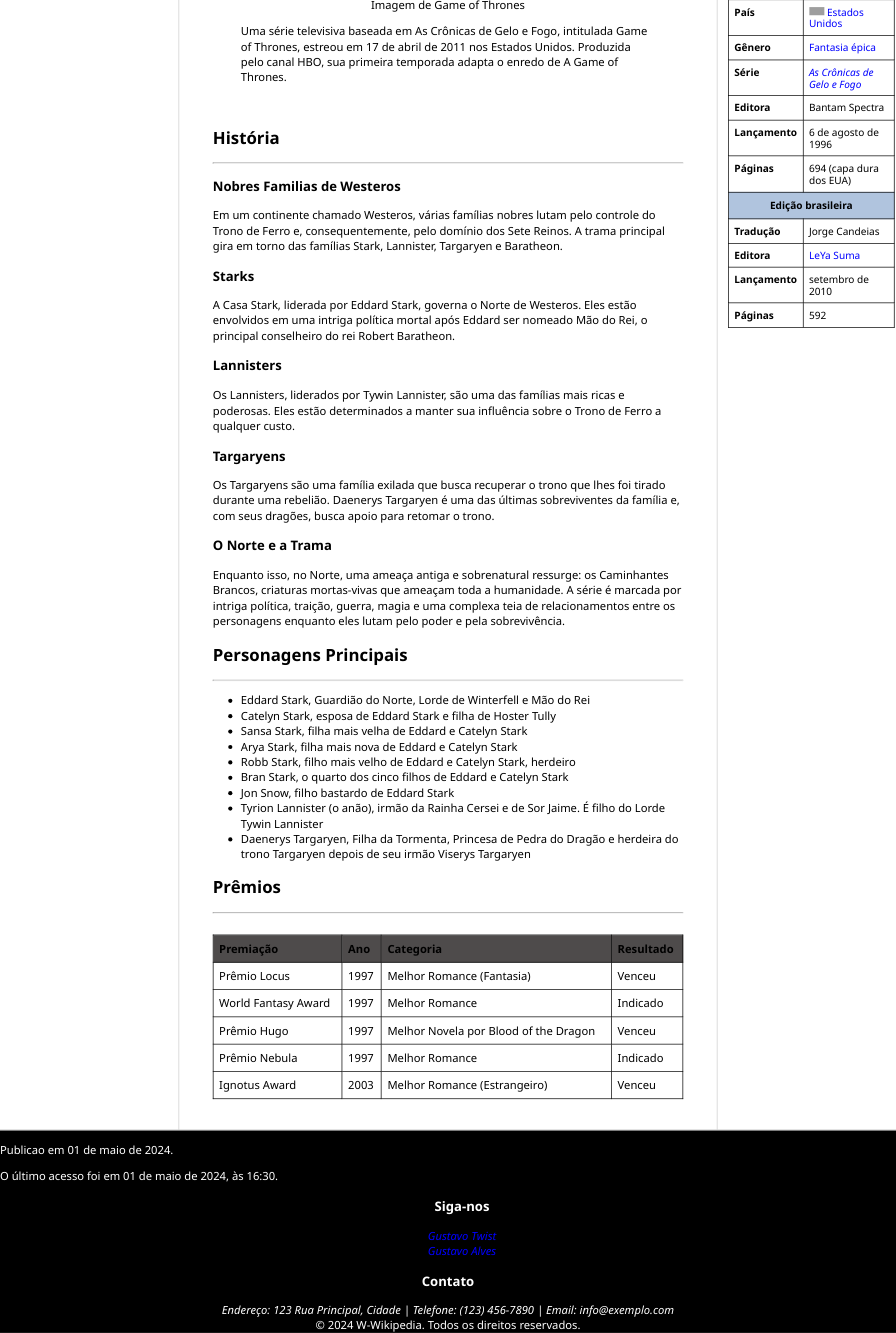
Repository: gustavotwist/projeto-w-wikipedia
Page: index.html
An editor plug-in stored every save of this project. The page is shown before and after a run of saves, followed by the edit.
The browser window is 1280 px wide. The pictures show the part of the page from y = 763 to 2683 px (the page is 2667 px tall before and 2683 px after), at 70% of full size.
Pictures or frames that could not be fetched are drawn as grey boxes.

Above is the page before, as saved 2024-05-01 16:53:33.

### index.html
<!DOCTYPE html>
<html lang="pt-br">
<head>
    <meta charset="UTF-8">
    <meta http-equiv="X-UA-Compatible" content="IE=edge">
    <meta name="viewport" content="width=device-width, initial-scale=1.0">
    <title>W-Wikipedia</title>
    <link rel="stylesheet" href="css/style.css">
    <style>
        table {
            border-collapse: collapse;
            width: 100%;
        }
        th, td {
            border: 1px solid black;
            padding: 8px;
            text-align: left;
        }
        tr:hover {
            background-color: aqua;
        }
        th {
            background-color: rgb(78, 75, 75);
            color: black;
        }
    </style>
</head>
<body>

    <header>
        <h1 class="nome">W-Wikipedia</h1>
        <img src="imagens/logo.png" class="logo" alt="Logo da W-Wikipedia"/>
    </header>

    <aside class="bar"></aside>


    <section class="content">
        <nav class="sidebar">
            <h2>Conteúdo</h2>
            <ul>
                <li><a href="#">Início</a></li>
                    <details>
                        <summary><a href="#">História</a></summary>
                            <li><a href="#">Nobres Familias de Westeros</a></li>
                            <li><a href="#">Starks</a></li>
                            <li><a href="#">Lannisters</a></li>
                            <li><a href="#">Targaryens</a></li>
                            <li><a href="#">O Norte e a Trama</a></li>
                    </details>
                <li><a href="#">Personagens Principais</a></li>
                <li><a href="#">Prêmios</a></li>
            </ul>
        </nav>

        <main>
            <h1>Sobre o Livro de Game of Thrones</h1>
            <p>A Game of Thrones é o primeiro livro da série de fantasia épica As Crônicas de Gelo e Fogo, escrita pelo norte-americano George R. R. Martin e publicada pela editora Bantam Spectra.</p>
            <p>O livro dá nome a vários itens derivados baseados na saga, incluindo jogos de cartas colecionáveis, jogos de tabuleiro e um Role-playing game (RPG). Uma série televisiva baseada em As Crônicas de Gelo e Fogo, intitulada Game of Thrones, estreou em 17 de abril de 2011 nos Estados Unidos.</p>

            <figure>
                <img src="imagens/game-of-thrones.png" title="Game of Thrones" width="500" alt="Imagem de uma mulher e um dragão">
                <figcaption>Imagem de Game of Thrones</figcaption>
            </figure>

            <blockquote>
                Uma série televisiva baseada em As Crônicas de Gelo e Fogo, intitulada Game of Thrones, estreou em 17 de abril de 2011 nos Estados Unidos. Produzida pelo canal HBO, sua primeira temporada adapta o enredo de A Game of Thrones.
            </blockquote><br>

            <h2>História</h2><hr>
            <h3>Nobres Familias de Westeros</h3>
            <p>
                Em um continente chamado Westeros, várias famílias nobres lutam pelo controle do Trono de Ferro e, consequentemente, pelo domínio dos Sete Reinos. A trama principal gira em torno das famílias Stark, Lannister, Targaryen e Baratheon.

                <h3>Starks</h3>
                A Casa Stark, liderada por Eddard Stark, governa o Norte de Westeros. Eles estão envolvidos em uma intriga política mortal após Eddard ser nomeado Mão do Rei, o principal conselheiro do rei Robert Baratheon.

                <h3>Lannisters</h3>
                Os Lannisters, liderados por Tywin Lannister, são uma das famílias mais ricas e poderosas. Eles estão determinados a manter sua influência sobre o Trono de Ferro a qualquer custo.

                <h3>Targaryens</h3>
                Os Targaryens são uma família exilada que busca recuperar o trono que lhes foi tirado durante uma rebelião. Daenerys Targaryen é uma das últimas sobreviventes da família e, com seus dragões, busca apoio para retomar o trono.

                <h3>O Norte e a Trama</h3>
                Enquanto isso, no Norte, uma ameaça antiga e sobrenatural ressurge: os Caminhantes Brancos, criaturas mortas-vivas que ameaçam toda a humanidade.

                A série é marcada por intriga política, traição, guerra, magia e uma complexa teia de relacionamentos entre os personagens enquanto eles lutam pelo poder e pela sobrevivência.</p>

            <h2>Personagens Principais</h2><hr>
            <ul>
                <li>Eddard Stark, Guardião do Norte, Lorde de Winterfell e Mão do Rei</li>
                <li>Catelyn Stark, esposa de Eddard Stark e filha de Hoster Tully</li>
                <li>Sansa Stark, filha mais velha de Eddard e Catelyn Stark</li>
                <li>Arya Stark, filha mais nova de Eddard e Catelyn Stark</li>
                <li>Robb Stark, filho mais velho de Eddard e Catelyn Stark, herdeiro</li>
                <li>Bran Stark, o quarto dos cinco filhos de Eddard e Catelyn Stark</li>
                <li>Jon Snow, filho bastardo de Eddard Stark</li>
                <li>Tyrion Lannister (o anão), irmão da Rainha Cersei e de Sor Jaime. É filho do Lorde Tywin Lannister</li>
                <li>Daenerys Targaryen, Filha da Tormenta, Princesa de Pedra do Dragão e herdeira do trono Targaryen depois de seu irmão Viserys Targaryen</li>
            </ul>

            <h2>Prêmios</h2><hr><br>

            <table>
                <thead>
                    <tr>
                        <th>Premiação</th>
                        <th>Ano</th>
                        <th>Categoria</th>
                        <th>Resultado</th>
                    </tr>
                </thead>

                <tbody>
                    <tr>
                        <td>Prêmio Locus</td>
                        <td>1997</td>
                        <td>Melhor Romance (Fantasia)</td>
                        <td>Venceu</td>
                    </tr>
                    <tr>
                        <td>World Fantasy Award	</td>
                        <td>1997</td>
                        <td>Melhor Romance</td>
                        <td>Indicado</td>
                    </tr>
                    <tr>
                        <td>Prêmio Hugo</td>
                        <td>1997</td>
                        <td>Melhor Novela por Blood of the Dragon</td>
                        <td>Venceu</td>
                    </tr>
                    <tr>
                        <td>Prêmio Nebula</td>
                        <td>1997</td>
                        <td>Melhor Romance</td>
                        <td>Indicado</td>
                    </tr>
                    <tr>
                        <td>Ignotus Award</td>
                        <td>2003</td>
                        <td>Melhor Romance (Estrangeiro)</td>
                        <td>Venceu</td>
                    </tr>
                </tbody>
            </table><br><br>
        </main>

        <article class="anchors">
            <h2>Sobre o Livro</h2>
            <table cellpadding="3" style="line-height:1.2em; font-size: 90%;">

                <tbody>
                    <tr>
                        <th colspan="2" class="topo livro" style="text-align:center; background-color:#347cdb;"><span><i>Sobre o Livro de Game of Thrones</i></span>
                        </th>
                    </tr>

                    <tr>
                        <th colspan="2" style="text-align:center; text-align:center; line-height:1.5em; background-color:#93b3dd;"><small><i>A Guerra dos Tronos (v. 1)<br>A Muralha de Gelo (v. 2)</i>&nbsp;<br><i>A Guerra dos Tronos</i>&nbsp;(<a href="#" title="Brasil">BR</a>)</small>
                        </th>
                    </tr>

                    <tr>
                        <td colspan="2"><img src="imagens/livro.png" width="220" height="210"><br>Capa da edição norte-americana.
                        </td>
                    </tr>

                    <tr>
                        <td scope="row" style="vertical-align: top; text-align: left; font-weight:bold; text-align: left;">Autor(es)
                        </td>
                        <td style="vertical-align: top; text-align: left; text-align: left;"><a href="#" title="George R. R. Martin">George R. R. Martin</a>
                        </td>
                    </tr>

                    <tr>
                        <td scope="row" style="vertical-align: top; text-align: left; font-weight:bold; text-align: left;">Idioma
                        </td>
                        <td style="vertical-align: top; text-align: left; text-align: left;"><a href="#" title="Língua inglesa">Inglês</a>
                        </td>
                    </tr>

                    <tr>
                        <td scope="row" style="vertical-align: top; text-align: left; font-weight:bold; text-align: left;">País
                        </td>
                        <td style="vertical-align: top; text-align: left; text-align: left;"><img alt="" src="//upload.wikimedia.org/wikipedia/commons/thumb/a/a4/Flag_of_the_United_States.svg/22px-Flag_of_the_United_States.svg.png" width="22" height="12">&nbsp;<a href="#" title="Estados Unidos">Estados Unidos</a>
                        </td>
                    </tr>

                    <tr>
                        <td scope="row" style="vertical-align: top; text-align: left;  font-weight:bold; text-align: left;">Gênero
                        </td>
                        <td style="vertical-align: top; text-align: left; text-align: left;"><a href="#" title="Fantasia (gênero)">Fantasia épica</a>
                        </td>
                    </tr>

                    <tr>
                        <td scope="row" style="vertical-align: top; text-align: left; font-weight:bold; text-align: left;">Série
                        </td>
                        <td style="vertical-align: top; text-align: left; text-align: left;"><i><a href="#" title="As Crônicas de Gelo e Fogo">As Crônicas de Gelo e Fogo</a></i>
                        </td>
                    </tr>

                    <tr>
                        <td scope="row" style="vertical-align: top; text-align: left; font-weight:bold; text-align: left;">Editora
                        </td>
                        <td style="vertical-align: top; text-align: left; text-align: left;">Bantam Spectra
                        </td>
                    </tr>

                    <tr>
                        <td scope="row" style="vertical-align: top; text-align: left; font-weight:bold; text-align: left;">Lançamento
                        </td>
                        <td style="vertical-align: top; text-align: left; text-align: left;">6 de agosto de 1996
                        </td>
                    </tr>

                    <tr>
                        <td scope="row" style="vertical-align: top; text-align: left; font-weight:bold; text-align: left;">Páginas
                        </td>
                        <td style="vertical-align: top; text-align: left; text-align: left;">694 (capa dura dos EUA)
                        </td>
                    </tr>

                    <tr>
                        <th colspan="2" style="text-align:center; text-align:center; line-height:1.5em; background-color:#b0c4de;">Edição brasileira
                        </th>
                    </tr>

                    <tr>
                        <td scope="row" style="vertical-align: top; text-align: left;font-weight:bold; text-align: left;">Tradução
                        </td>
                        <td style="vertical-align: top; text-align: left; text-align: left;">Jorge Candeias
                        </td>
                    </tr>

                    <tr>
                        <td scope="row" style="vertical-align: top; text-align: left; font-weight:bold; text-align: left;">Editora
                        </td>
                        <td style="vertical-align: top; text-align: left; text-align: left;"><a href="#" title="LeYa">LeYa</a> <a href="#" title="Suma">Suma</a>
                        </td>
                    </tr>

                    <tr>
                        <td scope="row" style="vertical-align: top; text-align: left; font-weight:bold; text-align: left;">Lançamento
                        </td>
                        <td style="vertical-align: top; text-align: left; text-align: left;">setembro de 2010
                        </td>
                    </tr>

                    <tr>
                        <td scope="row" style="vertical-align: top; text-align: left; font-weight:bold; text-align: left;">Páginas
                        </td>
                        <td style="vertical-align: top; text-align: left; text-align: left;">592
                        </td>
                    </tr>
                </tbody></table>
        </article>
    </section>

    <footer class="footer">
        <p>Publicao em <time pubdate>01 de maio de 2024</time>.</p>
        <p>O último acesso foi em <time datetime="2024-05-01T16:30:00">01 de maio de 2024, às 16:30</time>.</p>
        <ul>
            <h3>Siga-nos</h3>
            <li><a href="https://github.com/gustavotwist" target="_blank" title="Visitar o perfil de Gustavo Twist no GitHub"><i>Gustavo Twist</i></a></li>
            <li><a href="https://linkedin.com/in/gustavoalves7" target="_blank" title="Visitar o perfil de Gustavo Alves no Linkedin"><i>Gustavo Alves</i></a></li>
        </ul>
        <h3>Contato</h3>
            <p></p><address>Endereço: 123 Rua Principal, Cidade | Telefone: (123) 456-7890 | Email: info@exemplo.com</address>
        <span>&copy; 2024 W-Wikipedia. Todos os direitos reservados.</span>
    </footer>
</body>
</html>

### css/style.css
body, html {
    margin: 0;
    padding: 0;
    font-family: 'Segoe UI', Tahoma, Geneva, Verdana, sans-serif;
}
nav ul { list-style: none; padding-left: 5px; }
article ul { list-style: none; padding-left: 5px; }
a { color:blue; text-decoration: none;}

header {
    background-color: black;
    color: white;
    padding: 10px;
    display: flex;
    align-items: center;
}

.logo {
    width: 150px;
    height: auto;
    order: 1;
}


.nome {
    font-size: 40px;
    order: 2;
}

.bar {
    background-color: #f9f9fb;
    padding:15px;
    border-top: solid 1px #cdcdcd;
    border-bottom: solid 1px #cdcdcd;
}
.content {
    max-width: 1440px;
    margin: auto;
    grid-gap: 3rem;
    display: grid;
    gap: 3rem;
    grid-template-areas: "sidebar main anchors";
    grid-template-columns: minmax(0,15rem) minmax(0,2.5fr) minmax(0,15rem);
    padding-left: 1rem;
    padding-right: 1rem;
}
.footer {
    background-color: black;
    color: white;
    min-height: 100px;
    border-top: solid 1px #cdcdcd;
    text-align: center;
    list-style: none;
}

.footer ul {
    list-style: none;
}

.footer p {
    list-style: none;
    text-align: left;
}
.anchors {
    border-left: solid 1px #cdcdcd;
    padding-left: 15px;
}
.sidebar {
    border-right: solid 1px #cdcdcd;
}
figure {
    text-align: center;
}

After the next 2 saves:
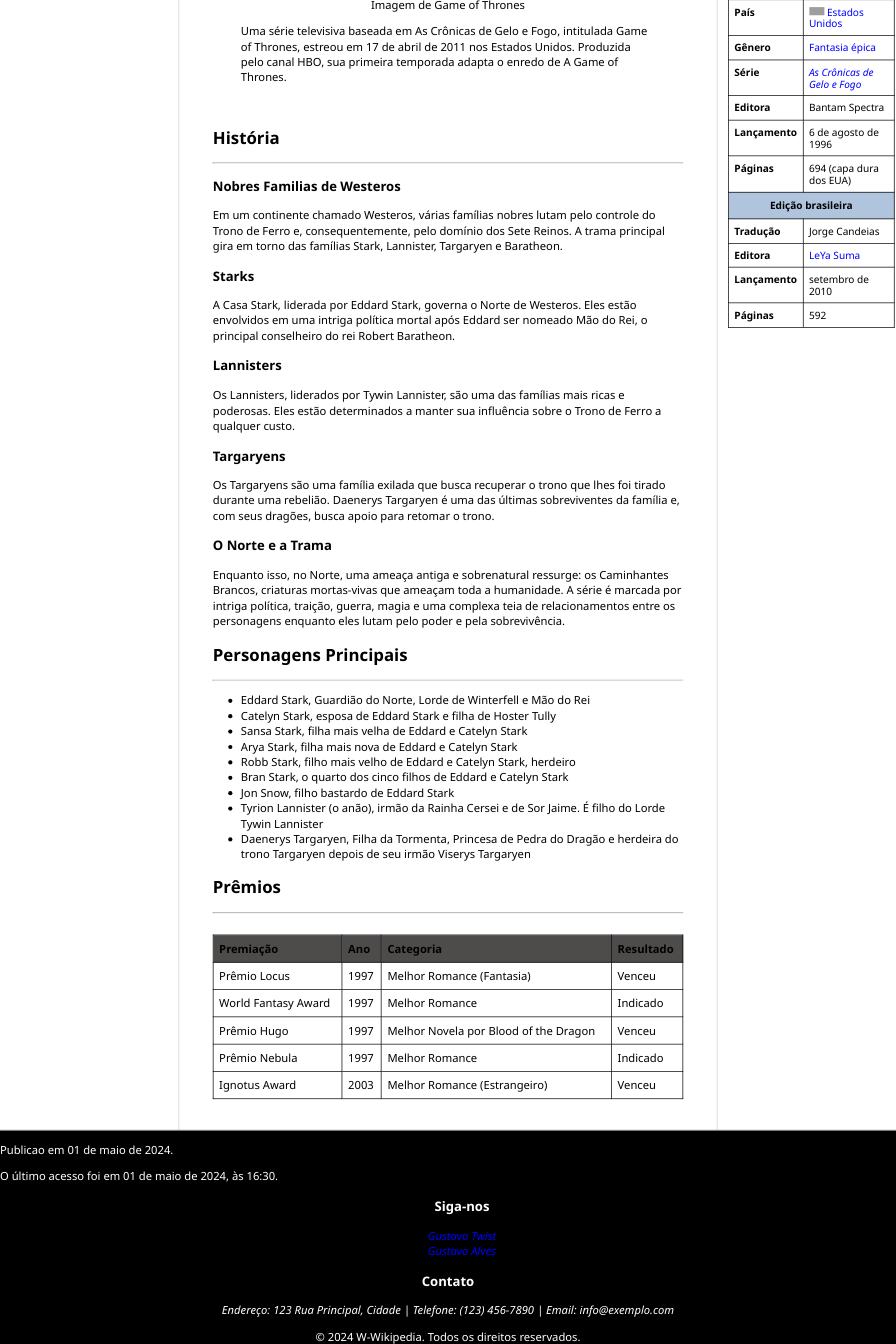
The 2 saves are shown as one change because they came seconds apart.
The last was saved 8 s later.
--- a/index.html
+++ b/index.html
@@ -267,7 +267,7 @@
             <li><a href="https://linkedin.com/in/gustavoalves7" target="_blank" title="Visitar o perfil de Gustavo Alves no Linkedin"><i>Gustavo Alves</i></a></li>
         </ul>
         <h3>Contato</h3>
-            <p></p><address>Endereço: 123 Rua Principal, Cidade | Telefone: (123) 456-7890 | Email: info@exemplo.com</address>
+            <p><address>Endereço: 123 Rua Principal, Cidade | Telefone: (123) 456-7890 | Email: info@exemplo.com</address></p>
         <span>&copy; 2024 W-Wikipedia. Todos os direitos reservados.</span>
     </footer>
 </body>
